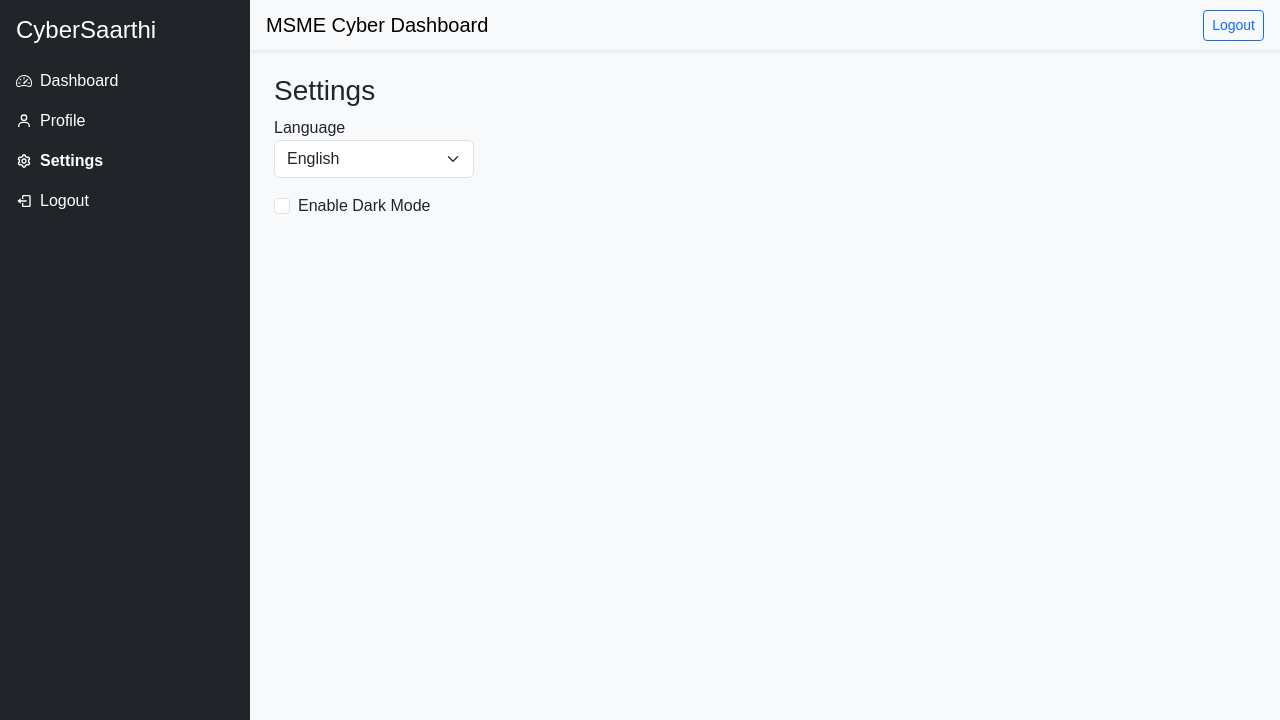
Repository: riyaaaa19/CyberSaarthi
Page: /settings (app in frontend/)
The author's editor kept a copy of each file at every save. The page is drawn from the files as they stood at one save, then again after the next save.
The browser window is 1280 px wide. The pictures show the whole page.
The project was rebuilt for these pictures with package versions that can differ from the ones it lists, and the page was loaded fresh each time. Also part of the build but not shown: frontend/vite.config.ts, frontend/src/pages/Dashboard.js, frontend/src/pages/Invoice.js, frontend/src/pages/Reports.js.

Above is the page before, as saved 2025-08-20 22:17:39.

After the next save:
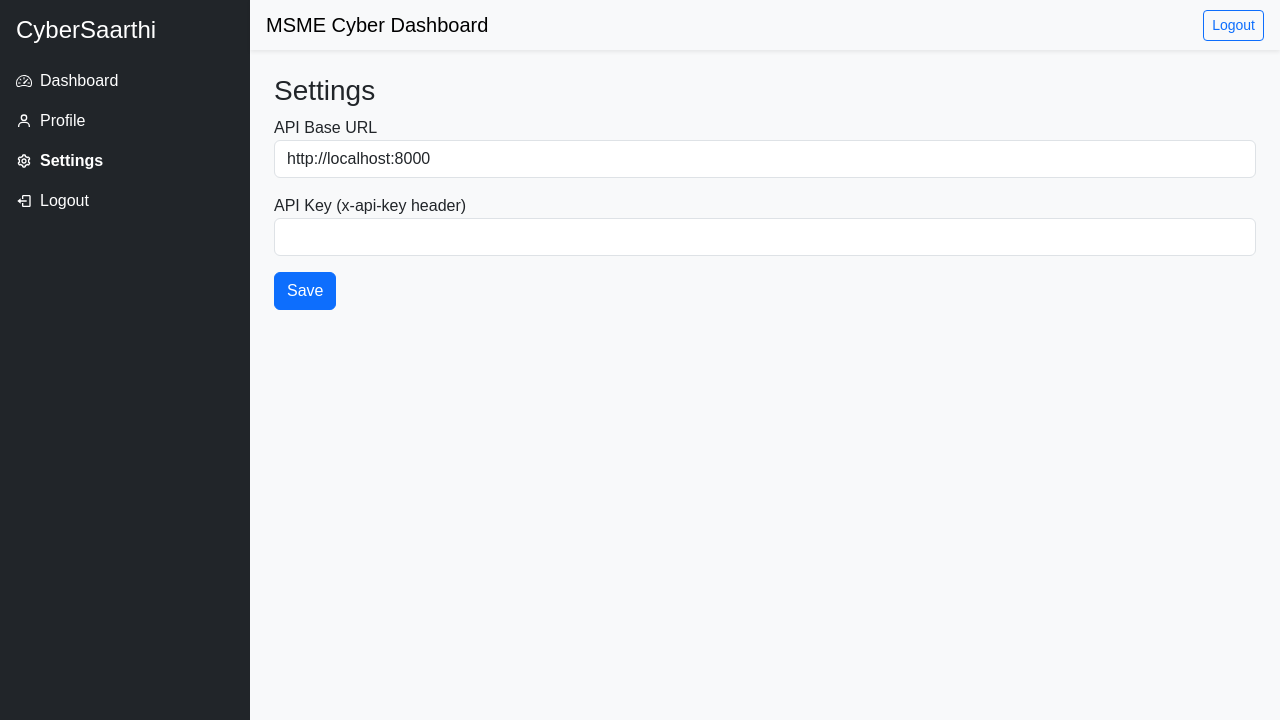
Saved 11 s later.
--- a/frontend/src/pages/Settings.js
+++ b/frontend/src/pages/Settings.js
@@ -1,20 +1,31 @@
-import React from "react";
+import React, { useState, useEffect } from "react";
+import { setRuntimeConfig, API_BASE } from "../services/api";
 
 function Settings() {
+  const [apiBase, setApiBase] = useState(window.localStorage.getItem('API_BASE') || API_BASE || "http://localhost:8000");
+  const [apiKey, setApiKey] = useState(window.localStorage.getItem('API_KEY') || "");
+
+  useEffect(()=> {
+    // nothing extra
+  },[]);
+
+  const save = () => {
+    setRuntimeConfig({ apiBase, apiKey });
+    alert("Settings saved. Reload the page for changes to take full effect.");
+  };
+
   return (
     <div>
       <h3>Settings</h3>
       <div className="mb-3">
-        <label>Language</label>
-        <select className="form-select" style={{ maxWidth: "200px" }}>
-          <option>English</option>
-          <option>Hindi</option>
-        </select>
+        <label>API Base URL</label>
+        <input className="form-control" value={apiBase} onChange={(e)=>setApiBase(e.target.value)} />
       </div>
-      <div className="form-check">
-        <input className="form-check-input" type="checkbox" id="darkMode" />
-        <label className="form-check-label" htmlFor="darkMode">Enable Dark Mode</label>
+      <div className="mb-3">
+        <label>API Key (x-api-key header)</label>
+        <input className="form-control" value={apiKey} onChange={(e)=>setApiKey(e.target.value)} />
       </div>
+      <button className="btn btn-primary" onClick={save}>Save</button>
     </div>
   );
 }
